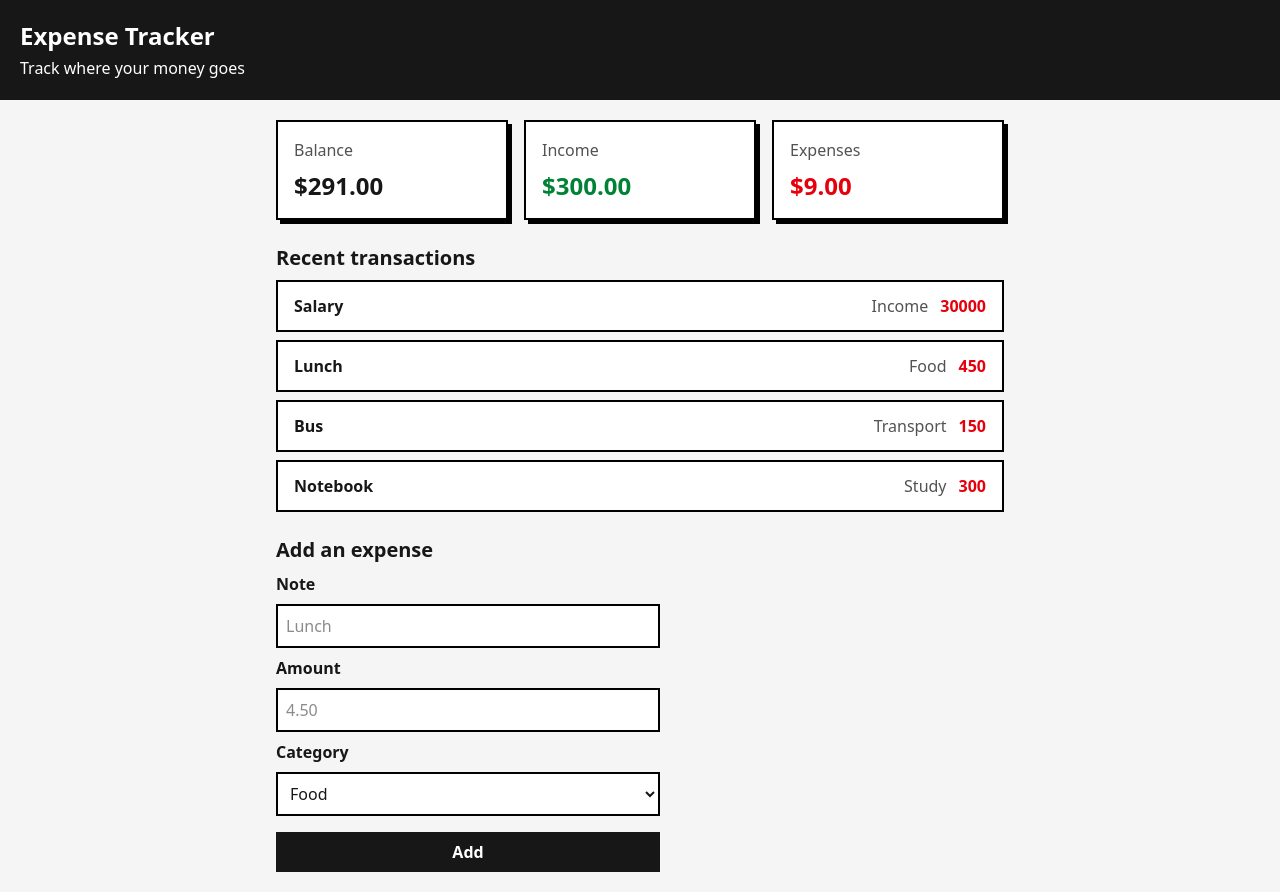
Repository: Keanbunheng/html-basics-Day1_AI
Page: expense-tracker-w2-d4-start/index.html
These files come from the project's save history. The page is drawn as it stood at one moment and after the next save; the edit follows.
The browser window is 1280 px wide. The pictures show the whole page.

Above is the page before, as saved 2026-11-17 21:08:59.

### expense-tracker-w2-d4-start/index.html
<!doctype html>
<html lang="en">
  <head>
    <meta charset="UTF-8" />
    <meta name="viewport" content="width=device-width, initial-scale=1.0" />
    <title>Expense Tracker</title>
    <script src="https://cdn.jsdelivr.net/npm/@tailwindcss/browser@4.1.18"></script>
  </head>
  <body class="bg-neutral-100 text-neutral-900">
    <header class="bg-neutral-900 p-5 text-white">
      <h1 class="mb-1 text-2xl font-bold">Expense Tracker</h1>
      <p>Track where your money goes</p>
    </header>

    <main class="mx-auto max-w-3xl p-5">
      <section class="mb-6 flex flex-col gap-4 sm:flex-row">
        <div
          class="flex-1 border-2 border-black bg-white p-4 shadow-[4px_4px_0_#000]"
        >
          <p class="mb-2 text-neutral-600">Balance</p>
          <p class="text-2xl font-bold">$291.00</p>
        </div>
        <div
          class="flex-1 border-2 border-black bg-white p-4 shadow-[4px_4px_0_#000]"
        >
          <p class="mb-2 text-neutral-600">Income</p>
          <p class="text-2xl font-bold text-green-700">$300.00</p>
        </div>
        <div
          class="flex-1 border-2 border-black bg-white p-4 shadow-[4px_4px_0_#000]"
        >
          <p class="mb-2 text-neutral-600">Expenses</p>
          <p class="text-2xl font-bold text-red-600">$9.00</p>
        </div>
      </section>

      <section class="mb-6">
        <h2 class="mb-2 text-xl font-bold">Recent transactions</h2>
        <ul id="list-container">
          <li
            class="mb-2 flex flex-col gap-1 border-2 border-black bg-white px-4 py-3 sm:flex-row sm:justify-between sm:gap-3"
          >
            <span class="flex-1 font-semibold">Salary</span>
            <span class="text-neutral-600">Income</span>
            <span class="font-bold text-green-700">+$300.00</span>
          </li>
          <li
            class="mb-2 flex flex-col gap-1 border-2 border-black bg-white px-4 py-3 sm:flex-row sm:justify-between sm:gap-3"
          >
            <span class="flex-1 font-semibold">Lunch</span>
            <span class="text-neutral-600">Food</span>
            <span class="font-bold text-red-600">-$4.50</span>
          </li>
          <li
            class="mb-2 flex flex-col gap-1 border-2 border-black bg-white px-4 py-3 sm:flex-row sm:justify-between sm:gap-3"
          >
            <span class="flex-1 font-semibold">Bus</span>
            <span class="text-neutral-600">Transport</span>
            <span class="font-bold text-red-600">-$1.50</span>
          </li>
          <li
            class="mb-2 flex flex-col gap-1 border-2 border-black bg-white px-4 py-3 sm:flex-row sm:justify-between sm:gap-3"
          >
            <span class="flex-1 font-semibold">Notebook</span>
            <span class="text-neutral-600">Study</span>
            <span class="font-bold text-red-600">-$3.00</span>
          </li>
        </ul>
      </section>

      <section>
        <h2 class="mb-2 text-xl font-bold">Add an expense</h2>
        <form class="flex max-w-sm flex-col gap-2" id="input">
          <label for="note" class="font-semibold">Note</label>
          <input
            id="note"
            type="text"
            placeholder="Lunch"
            class="border-2 border-black bg-white p-2"
          />

          <label for="amount" class="font-semibold">Amount</label>
          <input
            id="amount"
            type="number"
            step="0.01"
            placeholder="4.50"
            class="border-2 border-black bg-white p-2"
          />

          <label for="category" class="font-semibold">Category</label>
          <select id="category" class="border-2 border-black bg-white p-2">
            <option>Food</option>
            <option>Transport</option>
            <option>Study</option>
            <option>Other</option>
          </select>

          <button
            type="submit"
            class="mt-2 bg-neutral-900 p-2 font-semibold text-white"
            id="Button"
          >
            Add
          </button>
        </form>
      </section>
    </main>
    <script src="app.js"></script>
  </body>
</html>

### expense-tracker-w2-d4-start/app.js
const transactions = [
  {
    id: 1,
    note: 'Salary',
    category: 'Income',
    type: 'income',
    amountCents: 30000,
  },
  { id: 2, note: 'Lunch', category: 'Food', type: 'expense', amountCents: 450 },
  {
    id: 3,
    note: 'Bus',
    category: 'Transport',
    type: 'expense',
    amountCents: 150,
  },
  {
    id: 4,
    note: 'Notebook',
    category: 'Study',
    type: 'expense',
    amountCents: 300,
  },
];

function formatMoney(cents) {
  const sign = cents < 0 ? '-' : '';
  return sign + '$' + (Math.abs(cents) / 100).toFixed(2);
}

function totalCents(list) {
  return list.reduce((sum, tx) => sum + tx.amountCents, 0);
}

function filterByCategory(list, category) {
  return list.filter((tx) => tx.category === category);
}

function filterByType(list, type) {
  return list.filter((tx) => tx.type === type);
}

function summarize(list) {
  const incomeCents = totalCents(filterByType(list, 'income'));
  const expensesCents = totalCents(filterByType(list, 'expense'));
  return {
    incomeCents: incomeCents,
    expensesCents: expensesCents,
    balanceCents: incomeCents - expensesCents,
  };
}

function addTransaction(list, tx) {
  return [...list, tx];
}

// Practice 2 — the AI's totalExpenses, reviewed and fixed:
// whole cents, no off-by-one loop, no duplicated work.
function totalExpenses(list) {
  return totalCents(filterByType(list, 'expense'));
}

const notes = transactions.map((tx) => tx.note);

console.log(formatMoney(transactions[1].amountCents));

// ----- Checks -----
function check(name, actual, expected) {
  const ok = actual === expected;
  console.log(
    ok ? '✓' : '✗',
    name,
    ok ? '' : `(expected ${expected}, got ${actual})`,
  );
}

check('format 450', formatMoney(450), '$4.50');
check('total of all', totalCents(transactions), 30900);
check('Food count', filterByCategory(transactions, 'Food').length, 1);
check('expense count', filterByType(transactions, 'expense').length, 3);
check('balance', summarize(transactions).balanceCents, 29100);
check(
  'new length',
  addTransaction(transactions, {
    id: 5,
    note: 'Coffee',
    category: 'Food',
    type: 'expense',
    amountCents: 250,
  }).length,
  5,
);
check('notes', notes.join(','), 'Salary,Lunch,Bus,Notebook');
check('total expenses', totalExpenses(transactions), 900);

// Edge cases
check('total of empty list', totalCents([]), 0);
check('total expenses of empty list', totalExpenses([]), 0);
check('original list not changed', transactions.length, 4); // after addTransaction

const lists = document.querySelector('#list-container');
lists.innerHTML = transactions
  .map((ele) => {
    let isExpense = true;
    if (ele.type != 'expense') {
      isExpense = false;
    }
    return `
  <li class="mb-2 flex flex-col gap-1 border-2 border-black bg-white px-4 py-3 sm:flex-row sm:justify-between sm:gap-3">
    <span class="flex-1 font-semibold">${ele.note}</span>
    <span class="text-neutral-600">${ele.category}</span>
    <span class="font-bold ${isExpense ? 'text-red-600' : 'text-red-600'}">${ele.amountCents}</span>
  </li>
`;
  })
  .join('');

console.log(lists);

After the next save:
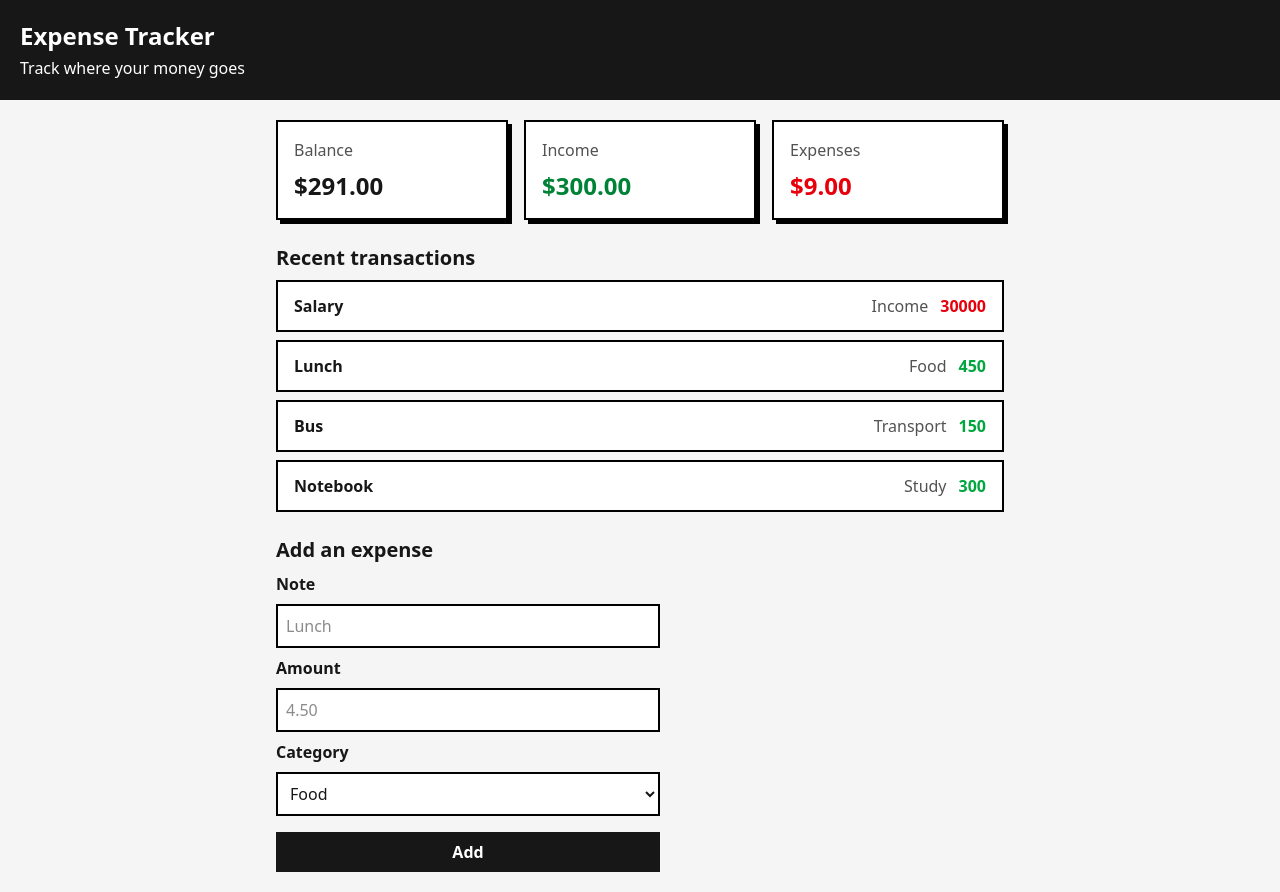
Saved 4 s later.
--- a/expense-tracker-w2-d4-start/app.js
+++ b/expense-tracker-w2-d4-start/app.js
@@ -109,7 +109,7 @@ lists.innerHTML = transactions
   <li class="mb-2 flex flex-col gap-1 border-2 border-black bg-white px-4 py-3 sm:flex-row sm:justify-between sm:gap-3">
     <span class="flex-1 font-semibold">${ele.note}</span>
     <span class="text-neutral-600">${ele.category}</span>
-    <span class="font-bold ${isExpense ? 'text-red-600' : 'text-red-600'}">${ele.amountCents}</span>
+    <span class="font-bold ${isExpense ? 'text-green-600' : 'text-red-600'}">${ele.amountCents}</span>
   </li>
 `;
   })
